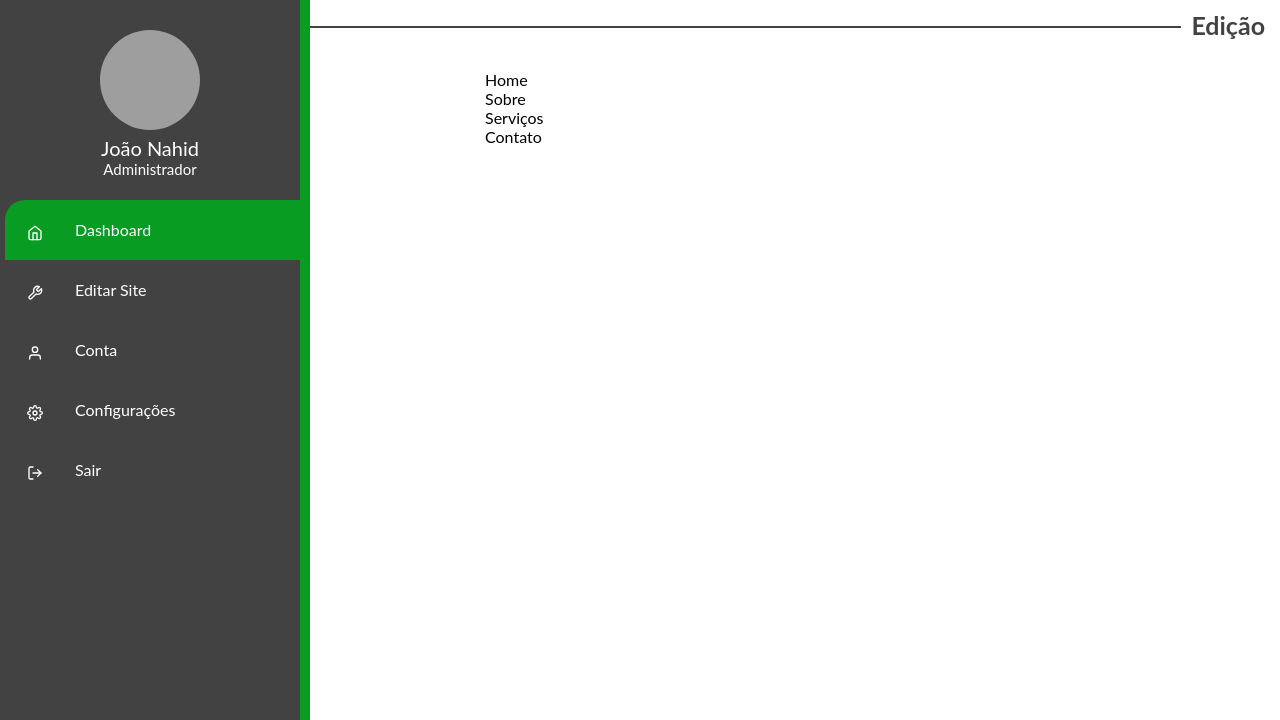
Repository: JoaoNahid/adminSystem
Page: /edicao (app in client/)
An editor plug-in stored every save of this project. The page is shown before and after the next save, followed by the edit.
The browser window is 1280 px wide. The pictures show the whole page.
Pictures or frames that could not be fetched are drawn as grey boxes. The page's requests for data from a server got no answer. The project was rebuilt for these pictures with package versions that can differ from the ones it lists, and the page was loaded fresh each time. No one was signed in, and anything a server would have sent is missing. Also part of the build but not shown: client/src/App.css, client/src/routes/login.js, client/src/routes/cadastro.js, client/src/routes/home.js, client/src/routes/404.js, client/src/routes/lote.js, client/src/routes/calculos.js.

Above is the page before, as saved 2022-05-10 19:38:11.

After the next save:
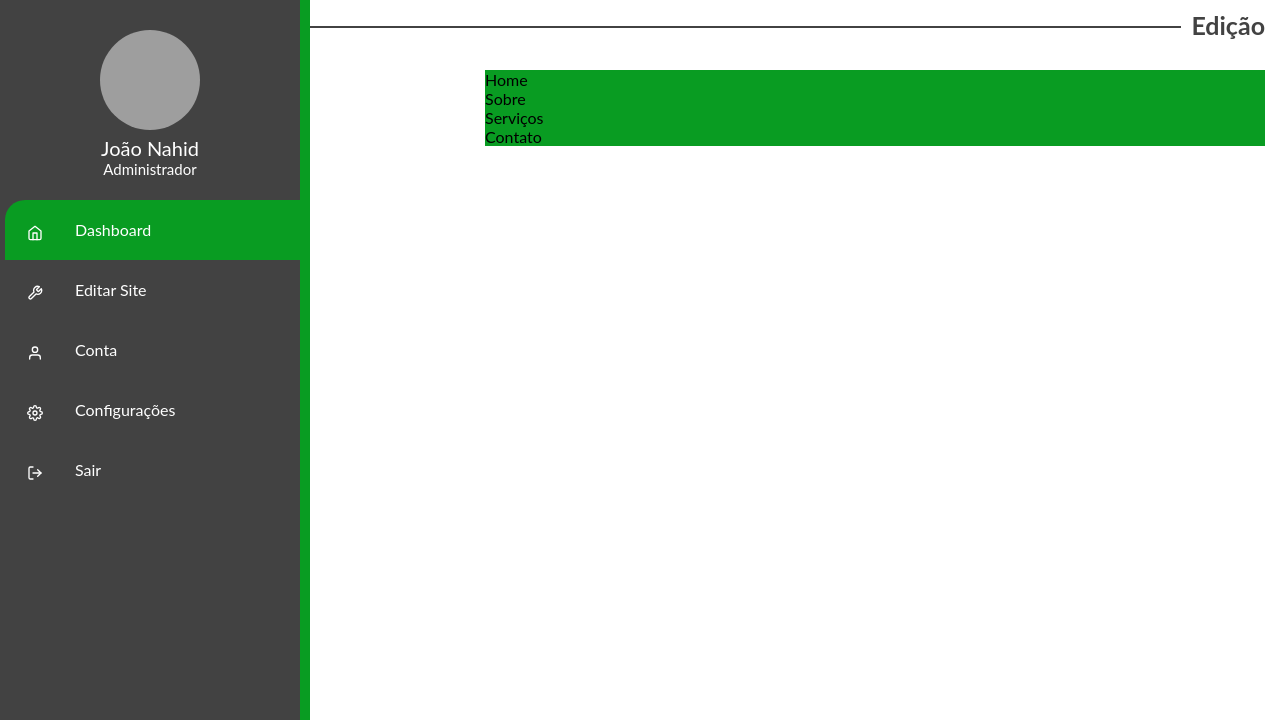
Saved 86 s later.
--- a/client/src/css/style.css
+++ b/client/src/css/style.css
@@ -393,7 +393,13 @@ input:focus{
     "menuItensEdicao formEdicao formEdicao";
 }
 
-.menuPaginasEdicao { grid-area: menuPaginasEdicao; }
+.menuPaginasEdicao {
+  grid-area: menuPaginasEdicao;
+  background-color: var(--cor1);
+  display: flex;
+  flex-direction: column;
+
+}
 
 .formEdicao { grid-area: formEdicao; }
 
